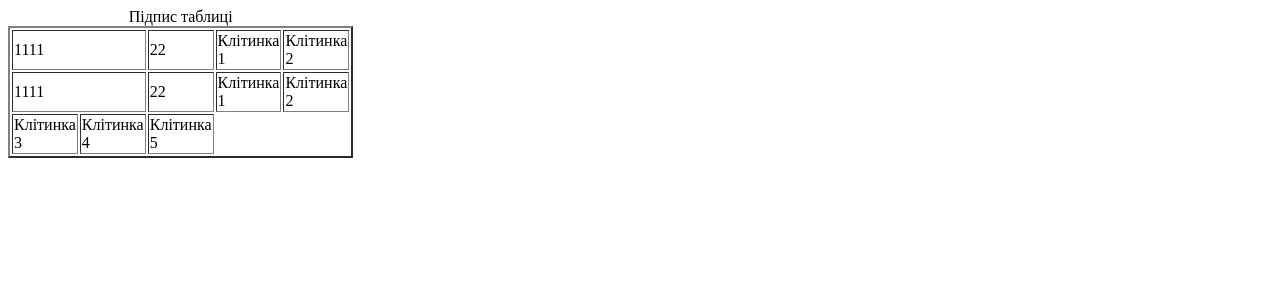
Repository: KseniaMakara/Web
Page: tables/index.html
These files come from the project's save history. The page is drawn as it stood at one moment and after the next save; the edit follows.
The browser window is 1280 px wide. The pictures show the whole page.

Above is the page before, as saved 2021-02-14 12:14:04.

After the next save:
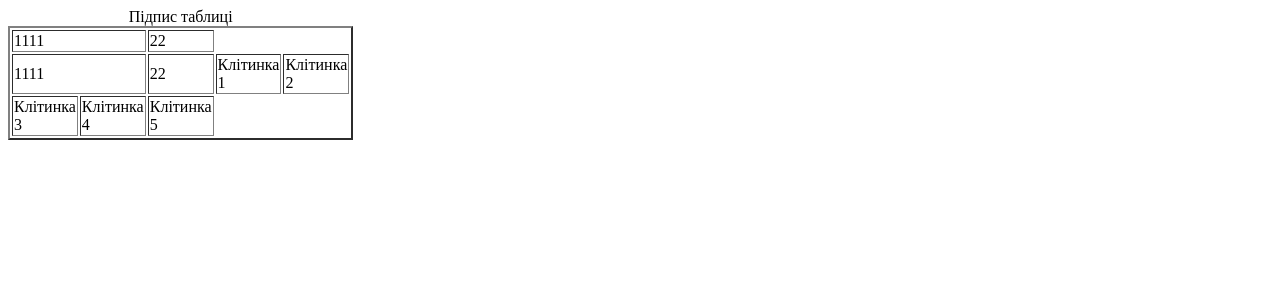
Saved 42 s later.
--- a/tables/index.html
+++ b/tables/index.html
@@ -1,5 +1,10 @@
 <table border="2px" width="300px">
     <caption>Підпис таблиці</caption>
+    <tr>
+        <td colspan="2"> 1111 </td>
+        <td> 22 </td>
+
+    </tr>
     <tr>
         <td colspan="2"> 1111 </td>
         <td> 22 </td>
@@ -7,15 +12,9 @@
         <td> Клітинка 2 </td>
     </tr>
     <tr>
-    <td colspan="2"> 1111 </td>
-    <td> 22 </td>
-    <td colspan="3"> Клітинка 1 </td>
-    <td> Клітинка 2 </td>
-    </tr>
-    <tr>
-    <td> Клітинка 3 </td>
-    <td> Клітинка 4 </td>
-    <td> Клітинка 5 </td>
+        <td> Клітинка 3 </td>
+        <td> Клітинка 4 </td>
+        <td> Клітинка 5 </td>
     </tr>
 
     </table>
